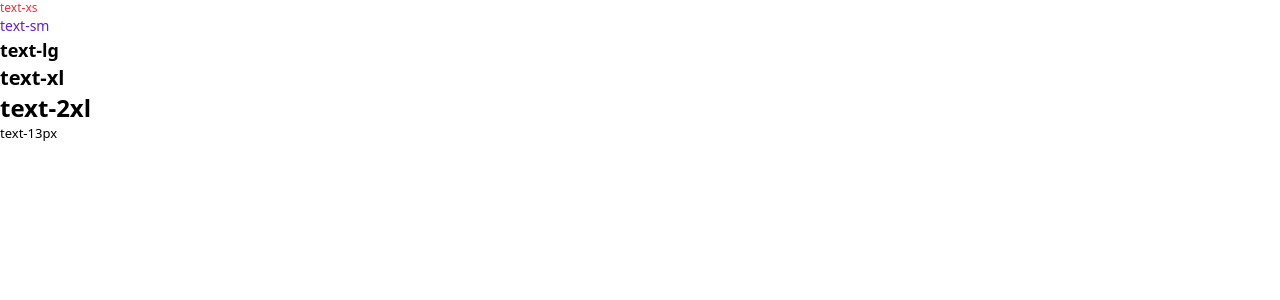
Repository: kkhhjjoo/onebite-tailwind
Page: /
These files come from the project's save history. The page is drawn as it stood at one moment and after the next save; the edit follows.
The browser window is 1280 px wide. The pictures show the whole page.
The project was rebuilt for these pictures with package versions that can differ from the ones it lists, and the page was loaded fresh each time. Also part of the build but not shown: vite.config.ts, src/App.css.

Above is the page before, as saved 2025-12-24 19:38:52.

After the next save:
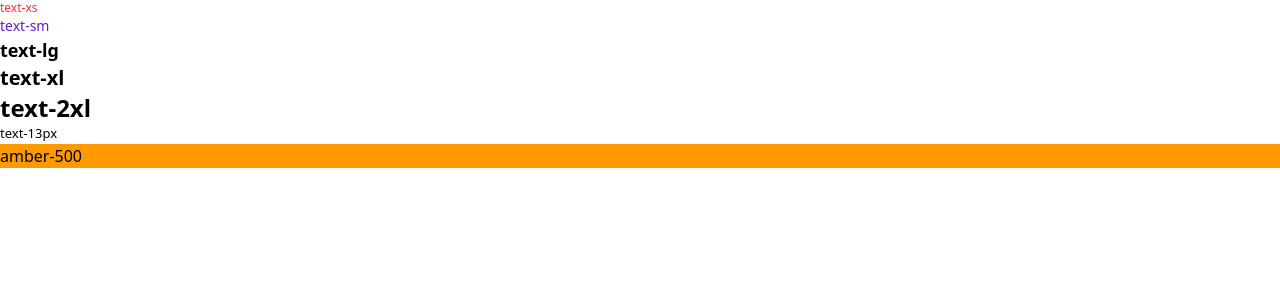
Saved 13 s later.
--- a/src/App.tsx
+++ b/src/App.tsx
@@ -12,7 +12,7 @@ function App() {
       <div className="text-[13px]">text-13px</div>
 
       {/* 2. 백그라운드 컬러 */}
-      <div className="bg-amber-500"></div>
+      <div className="bg-amber-500">amber-500</div>
     </div>
   );
 }
